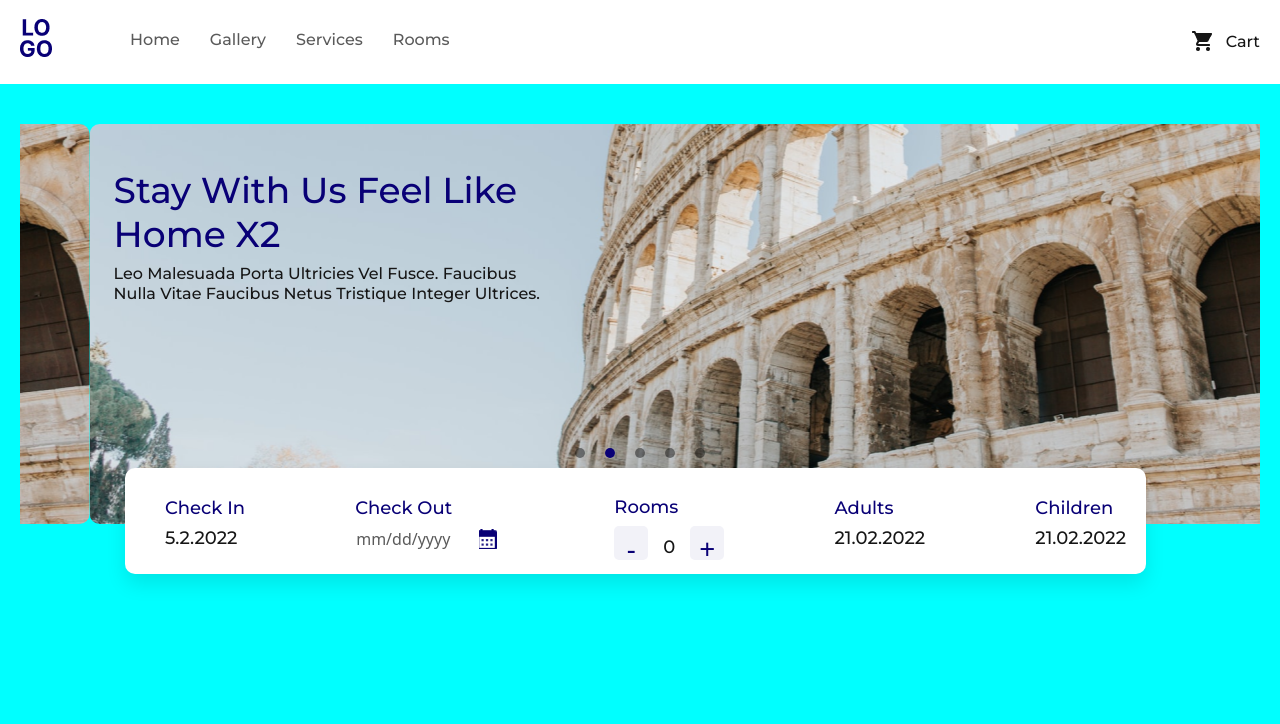
Repository: Mayis01/tasktest
Page: /
An editor plug-in stored every save of this project. The page is shown before and after the next save, followed by the edit.
The browser window is 1280 px wide. The pictures show the whole page.
The project was rebuilt for these pictures with package versions that can differ from the ones it lists, and the page was loaded fresh each time. Also part of the build but not shown: src/App.css, src/Pages/Error/Error.jsx, src/Pages/Gallery/Gallery.jsx, src/Pages/Rooms/Rooms.jsx, src/Pages/Services/Services.jsx.

Above is the page before, as saved 2022-03-25 17:28:03.

### src/App.js
import { Route, Routes } from 'react-router';
import { BrowserRouter } from 'react-router-dom';
import './App.css';
import "bootstrap/dist/css/bootstrap.min.css";
import Header from './Layouts/Header/Header';
import Error from './Pages/Error/Error';
import Gallery from './Pages/Gallery/Gallery';
import Home from './Pages/Home/Home';
import Rooms from './Pages/Rooms/Rooms';
import Services from './Pages/Services/Services';

function App() {
  return (
    <>
      <BrowserRouter>
        <Header />
        <Routes>
          <Route path="/" element={<Home />} />
          <Route path="/Gallery" element={<Gallery />} />
          <Route path="/Services" element={<Services />} />
          <Route path="/Rooms" element={<Rooms />} />
          <Route path="*" element={<Error />} />
        </Routes>

      </BrowserRouter>

    </>
  );
}

export default App;

### src/Layouts/Header/Header.jsx
import "./Header.scss";
import logo from "../../Images/logo.png";
import headerVector from "../../Images/headerVector.png";
import Menu from "../../JSON/Menu/menu.json";
import { Link } from "react-router-dom";

export default function Header() {
  return (
    <>
      <header className="MainHeader">
        <div className="MenuLogo">
          <div >
            <Link to={"/"}>
              <img src={logo} alt="LO GO" />
            </Link>
          </div>
          <div>
            <ul>
              {Menu.map((item) => {
                return (
                  <Link to={"/" + item.link}>
                    <li key={item.key}>{item.menuItem}</li>
                  </Link>
                );
              })}
            </ul>
          </div>
        </div>
        <div>
          <Link to={"*"}>
            <div >
              <img src={headerVector} alt="" />
            </div>
            <div>
              <p>Cart</p>
            </div>
          </Link>
        </div>
      </header>
    </>
  );
}

### src/Pages/Home/Home.jsx
import "./Home.scss";
import { useEffect, useState } from "react";
import HomeHeaderData from "../../JSON/HomeHeader/homeHeader.json";
import { Carousel } from "react-bootstrap";
import HomeBackgroud from "../../Images/HomeBackground.png";

export default function Home() {
  const [DateYear, setDateYear] = useState("");
  const [DateMonth, setDateMonth] = useState("");
  const [DateDay, setDateDay] = useState("");
  useEffect(() => {
    setDateYear(new Date().getFullYear());
    setDateMonth(new Date().getUTCMonth());
    setDateDay(new Date().getDay());
  }, [DateYear, DateMonth, DateDay]);


  return (
    <>
      <section className="HomeSection">
        <div>
          <Carousel>
            {HomeHeaderData.map((item) => {
              return (
                <Carousel.Item interval={5000} key={item.key}>
                  <div className="HeaderBG">
                    <div className="boxH1">
                      <h1>{item.h1}</h1>
                      <h2>{item.h2}</h2>
                    </div>
                  </div>
                </Carousel.Item>
              );
            })}
          </Carousel>

          <div className="formStyle">
            <div>
              <h3> Check In</h3>
              <p>{DateDay + "." + DateMonth + "." + DateYear}</p>
            </div>

            <div>
              <h3>Check Out</h3>
             <input type="date"/>
            </div>

            <div>
              <h3> Rooms</h3>
            <div>
              <button type="button">-</button>
              <p>0</p>
              <button type="button">+</button>
            </div>

            </div>

            <div>
              <h3> Adults</h3>
              <p>21.02.2022</p>
            </div>

            <div>
              <h3>Children</h3>
              <p>21.02.2022</p>
            </div>
          </div>
        </div>
      </section>
    </>
  );
}

### src/Layouts/Header/Header.scss
@import "../../Styles/CommonStyle.scss";

.MainHeader {
    @include Container(84px);
    display: flex;
    justify-content: space-between;
    align-items: center;
    > div {
        display: flex;
        div {
            > ul {
                display: flex;
                margin-left: 31px;

                > a {
                    text-decoration: none;
                    padding-top: 11px;
                    > li {
                        @include headerFooterTextStyle($textColor);
                        list-style: none;
                        margin: 0 15px;

                        &:hover {
                            cursor: pointer;
                            color: $mainColor;
                        }
                    }
                }
            }
        }
        > a {
            display: flex;
            text-decoration: none;
            margin-top: 11px;
            > div {
                > p {
                    @include headerFooterTextStyle($headerColor);
                    margin-left: 13px;
                    margin-top: 5px;
                }
            }
        }
    }
}

### src/JSON/Menu/menu.json
[
    {
        "key": "Menu1",
        "menuItem": "Home",
        "link":""
    },
    {
        "key": "Menu2",
        "menuItem": "Gallery",
        "link":"Gallery"

    },
    {
        "key": "Menu3",
        "menuItem": "Services",
        "link":"Services"
    },
    {
        "key": "Menu4",
        "menuItem": "Rooms",
        "link":"Rooms"
    }
]

### src/Pages/Home/Home.scss
@import "../../Styles/CommonStyle.scss";

.HomeSection {
    width: 100%;
    min-height: 500px;
    background-color: aqua;
    padding-top: 40px;

    > div {
        @include Container(600px);
        position: relative;
    }
}
.HeaderBG {
    min-height: 400px;
    background: url("../../Images/HomeBackground.png") no-repeat center;
    background-size: cover;
    border-radius: 10px;
}
.boxH1 {
    width: 458px;
    padding-top: 44px;
    padding-left: 24px;
    > h1 {
        /* Stay with us feel like home */
        @include HomeTextStyle(500, 36px, 44px, $mainColor);
    }
    > h2 {
        @include HomeTextStyle(400, 16px, 20px, $headerColor);

        /* Leo malesuada porta ultricies vel fusce. Faucibus nulla vitae faucibus netus tristique integer ultrices. */
    }
}

.carousel-control-prev-icon,
.carousel-control-next-icon {
    display: none;
}

.carousel-indicators .active {
    background-color: $mainColor !important;
}

.carousel-indicators > button {
    width: 10px !important;
    height: 10px !important;
    border-radius: 50%;
    background-color: $headerColor !important;
    margin-left: 10px !important;
    margin-right: 10px !important;
    margin-bottom: 40px !important;
}

.formStyle {
    width: 1021px;
    height: 106px;
    padding-left: 40px;
    padding-right: 20px;
    /* Frame 5 */
    background: #ffffff;
    box-shadow: 0px 10px 20px rgba(0, 0, 0, 0.1);
    border-radius: 10px;
    position: absolute;
    bottom: 150px;
    left: 120px;
    display: flex;
    justify-content: space-between;
    align-items: center;
    > div {
        margin-top: 20px;
        > h3 {
            /* Check In */
            @include HomeTextStyle(500, 18px, 22px, $mainColor);
        }

        > p {
            /* 21.02.2022 */
            @include HomeTextStyle(400, 18px, 22px, $headerColor);
        }
        > input[type="date"] {
            margin-bottom: 15px;
            border: none;
            color: $textColor;
        }

        > input[type="date"]::-webkit-calendar-picker-indicator {
            background-image: url("./../../Images/calendarIcon.png");
            background-repeat: no-repeat;
            background-position: 100% center;
            background-size: 20px;
            cursor: pointer;
            margin-right: 5px;

        }
        > div {
            width: 110px;
            height: 40px;
            display: flex;
            justify-content: space-between;
            > button {
                /* Frame 31 */

                background: #f2f2f8;
                border-radius: 5px;
                width: 34px;
                height: 34px;
                border-style: none;
                color: $mainColor;
                font-size: 28px;
                margin-bottom: 8px
            }

            > p {
                /* 1 */

                @include HomeTextStyle(400, 18px, 22px, $headerColor);
                padding-top: 10px;
            }
        }
    }
}

### src/JSON/HomeHeader/homeHeader.json
[
    {
        "key": "HeaderSectionkey1",
        "h1": "Stay With Us Feel Like Home",
        "h2": "Leo malesuada porta ultricies vel fusce. Faucibus nulla vitae faucibus netus tristique integer ultrices."
    },
    {
        "key": "HeaderSectionkey2",
        "h1": "Stay With Us Feel Like Home X2",
        "h2": "Leo malesuada porta ultricies vel fusce. Faucibus nulla vitae faucibus netus tristique integer ultrices."
    },
    {
        "key": "HeaderSectionkey3",
        "h1": "Stay With Us Feel Like Home X3",
        "h2": "Leo malesuada porta ultricies vel fusce. Faucibus nulla vitae faucibus netus tristique integer ultrices."
    },
    {
        "key": "HeaderSectionkey4",
        "h1": "Stay With Us Feel Like Home X4",
        "h2": "Leo malesuada porta ultricies vel fusce. Faucibus nulla vitae faucibus netus tristique integer ultrices."
    },
    {
        "key": "HeaderSectionkey5",
        "h1": "Stay With Us Feel Like Home X5",
        "h2": "Leo malesuada porta ultricies vel fusce. Faucibus nulla vitae faucibus netus tristique integer ultrices."
    }
]

### src/Styles/CommonStyle.scss
@import url('https://fonts.googleapis.com/css2?family=Montserrat:wght@500&family=Roboto:ital@1&display=swap');

$mainFontFamily: "Montserrat", sans-serif;
$mainColor: #090076;
$textColor: #5a5a5a;
$headerColor: #161616;

@mixin Container($minHeight) {
    max-width: 1270px !important;
    width: 100%;
    min-height: $minHeight;
    padding-right: 15px;
    padding-left: 15px;
    margin-right: auto;
    margin-left: auto;
}

@mixin headerFooterTextStyle($selectedColor) {
    font-family: $mainFontFamily;
    font-style: normal;
    font-weight: 400;
    font-size: 16px;
    line-height: 20px;
    /* identical to box height */
    color: $selectedColor;
    /* Inside auto layout */
}

@mixin HomeTextStyle($HomeFontWeight, $HomeFontSize, $HomeLineHeight, $HomeColor) {
    font-family: $mainFontFamily;
    font-style: normal;
    text-transform: capitalize;
    font-weight: $HomeFontWeight;
    font-size: $HomeFontSize;
    line-height: $HomeLineHeight;
    color: $HomeColor;
}

/* Gallery */

Loaded but not shown: public/index.html (common file); src/index.js (common file); src/index.css (common file); src/reportWebVitals.js (common file)

After the next save:
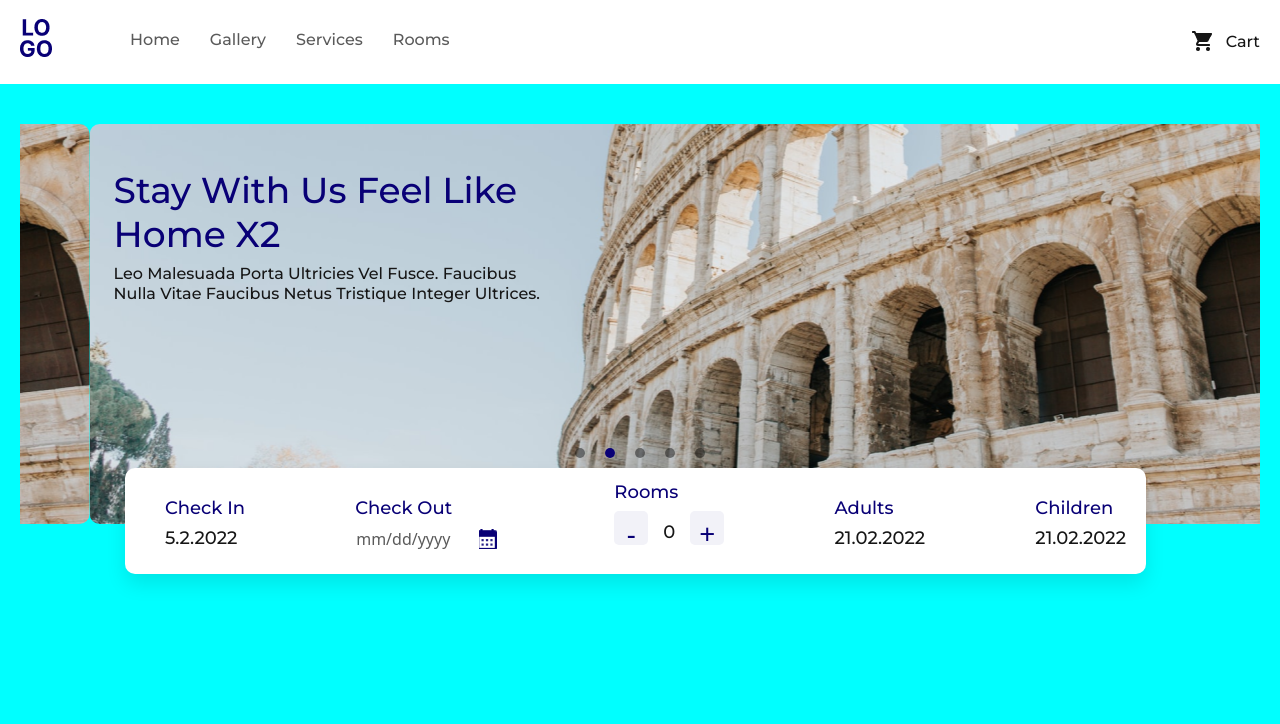
Saved 13 s later.
--- a/src/Pages/Home/Home.scss
+++ b/src/Pages/Home/Home.scss
@@ -94,7 +94,7 @@
         }
         > div {
             width: 110px;
-            height: 40px;
+            height: 70px;
             display: flex;
             justify-content: space-between;
             > button {

After the save that followed:
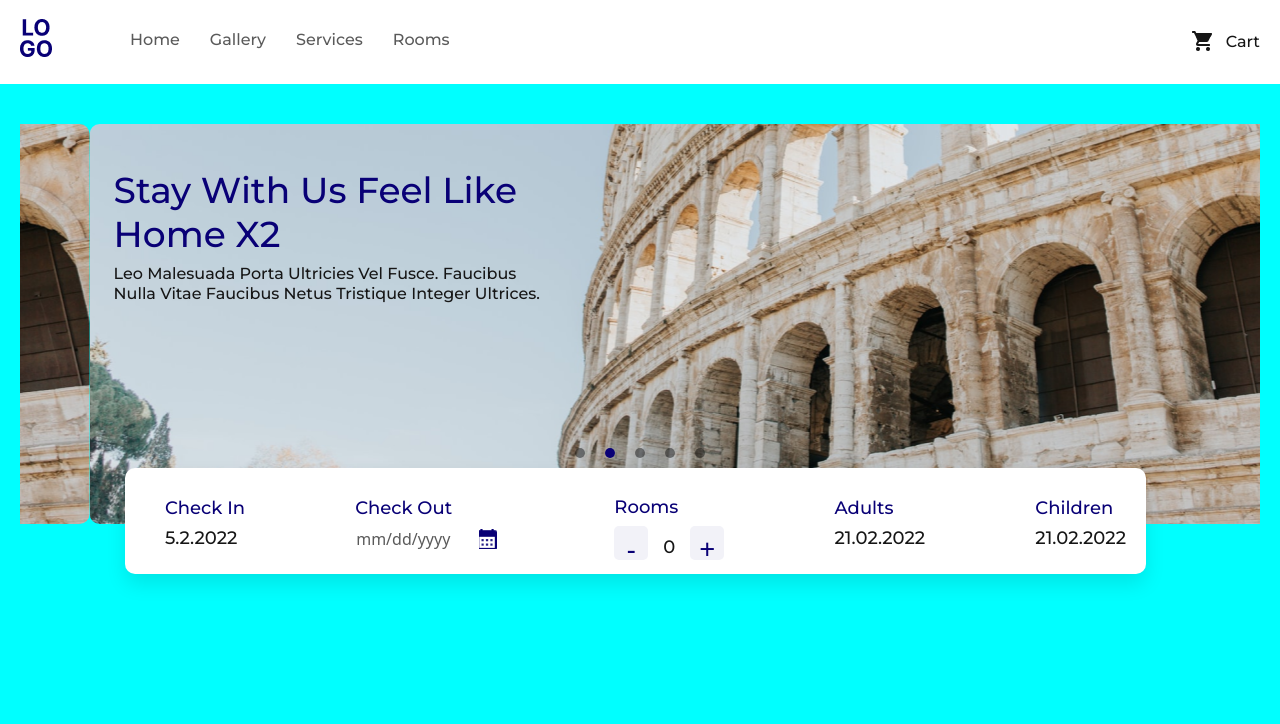
Saved 4 s later.
--- a/src/Pages/Home/Home.scss
+++ b/src/Pages/Home/Home.scss
@@ -94,7 +94,7 @@
         }
         > div {
             width: 110px;
-            height: 70px;
+            height: 40px;
             display: flex;
             justify-content: space-between;
             > button {
